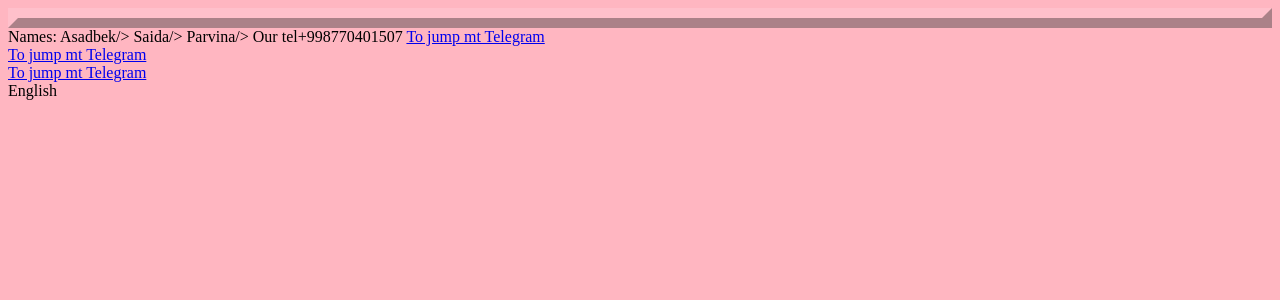
Repository: KHANas02/live-stream
Page: contact.html
The author's editor kept a copy of each file at every save. The page is drawn from the files as they stood at one save, then again after the next save.
The browser window is 1280 px wide. The pictures show the whole page.

Above is the page before, as saved 2024-03-25 07:48:50.

After the next save:
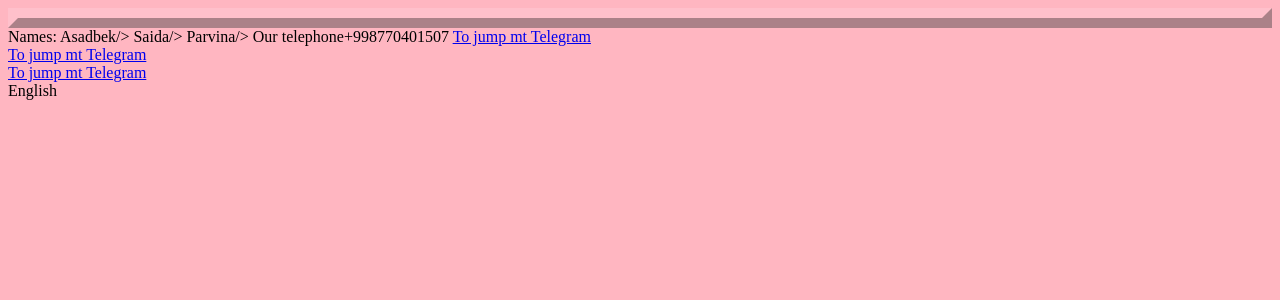
Saved 5 s later.
--- a/contact.html
+++ b/contact.html
@@ -24,7 +24,7 @@
       Saida/>
       Parvina/>
 
-Our tel+998770401507
+Our telephone+998770401507
       <a href=" https://t.me/wzb_02">To jump mt Telegram</a> <br />
        <a href=" https://t.me/gsi_77">To jump mt Telegram</a> <br />
         <a href="https://t.me/Pretty_girl_2024">To jump mt Telegram</a> <br />
